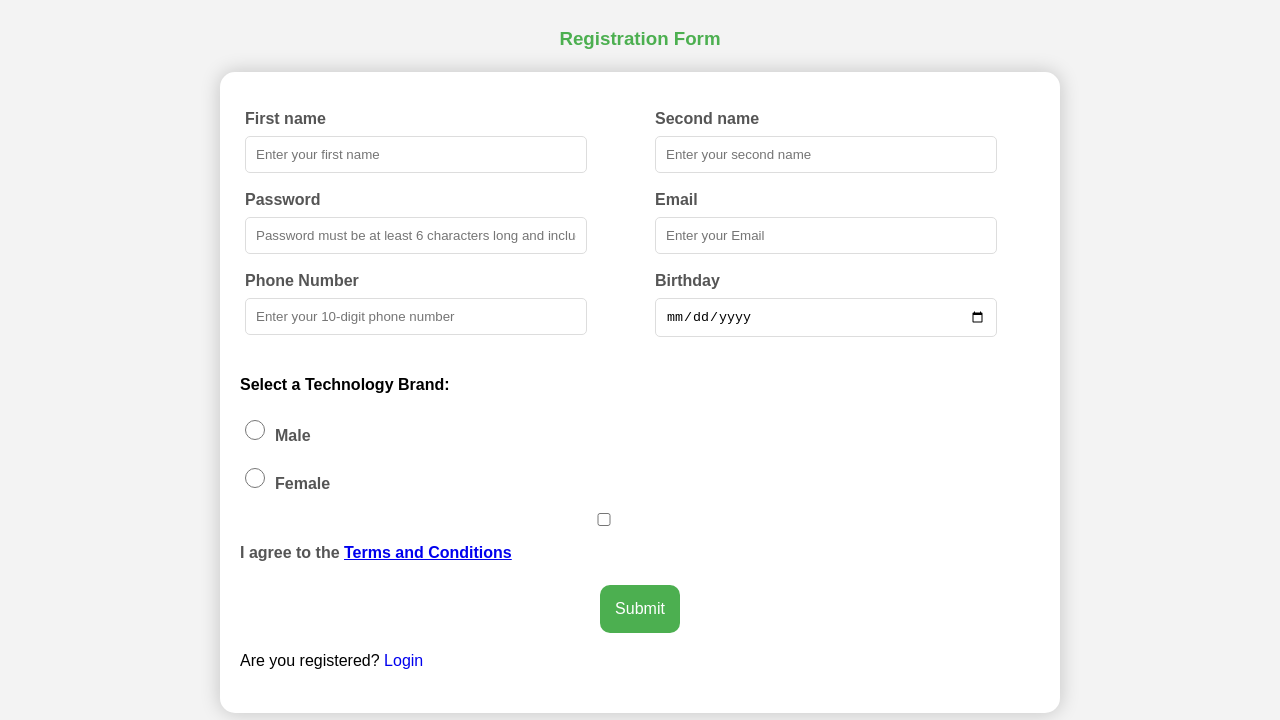
Repository: alizey12/Regestratin-Form-js
Page: regester.html
The author's editor kept a copy of each file at every save. The page is drawn from the files as they stood at one save, then again after the next save.
The browser window is 1280 px wide. The pictures show the whole page.

Above is the page before, as saved 2024-11-29 20:40:57.

After the next save:
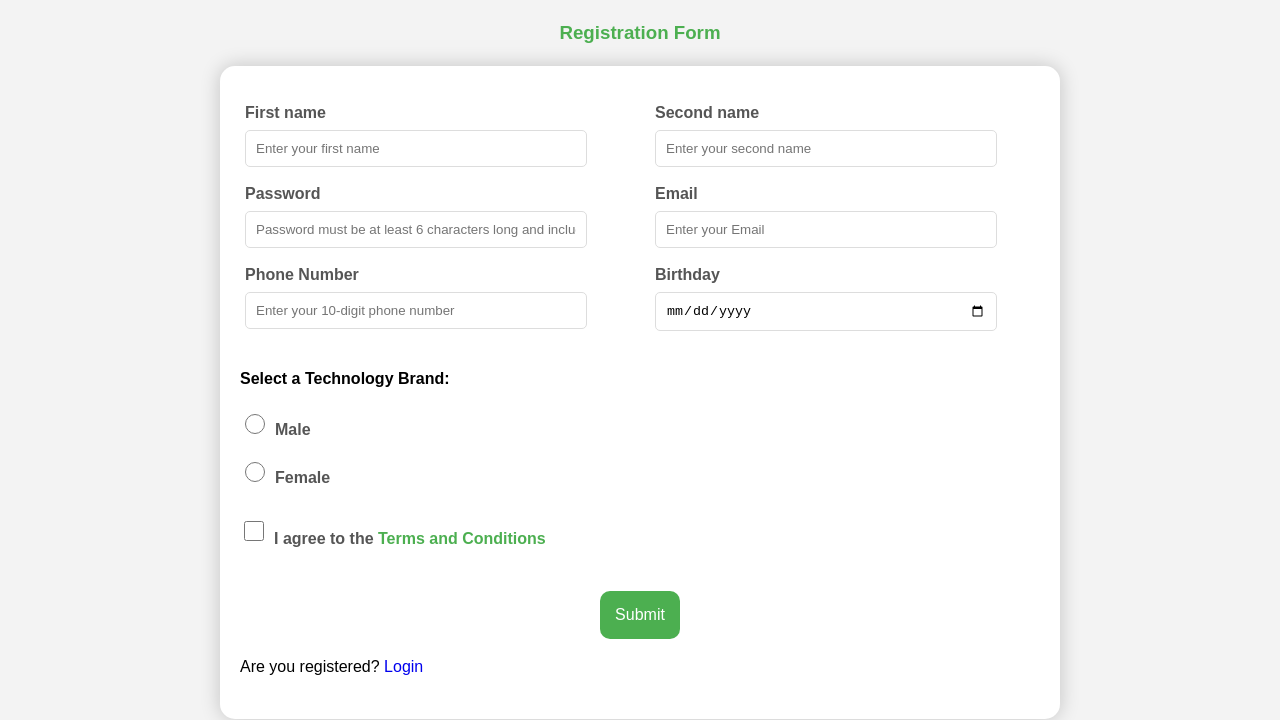
Saved 11 s later.
--- a/regester.css
+++ b/regester.css
@@ -170,3 +170,60 @@ p {
     border-width: 0 3px 3px 0;
     transform: rotate(45deg);
 }
+
+
+/* Styling the entire agree term section */
+.agree-term {
+    display: flex;
+    align-items: center; /* Aligns the checkbox and label horizontally */
+    margin-top: 20px; /* Space above the agreement section */
+    font-size: 16px;
+    color: #555;
+}
+
+/* Styling the checkbox */
+.agree-term input[type="checkbox"] {
+    width: 20px;  /* Set checkbox size */
+    height: 20px; /* Set checkbox height */
+    margin-right: 10px; /* Space between checkbox and label */
+    accent-color: #4CAF50; /* Change checkbox color to green */
+}
+
+/* Styling the label */
+.agree-term label {
+    font-size: 16px; /* Consistent font size */
+    color: #555; /* Text color */
+}
+
+/* Styling the hyperlink inside the label */
+.agree-term label a {
+    text-decoration: none; /* Remove underline from the link */
+    color: #4CAF50; /* Green color for the link */
+}
+
+.agree-term label a:hover {
+    text-decoration: underline; /* Underline the link when hovered */
+    color: #45a049; /* Slightly darker green */
+}
+
+/* Styling the submit button */
+.wrap {
+    display: flex;
+    justify-content: center;
+    margin-top: 20px;
+}
+
+.wrap button {
+    padding: 15px;
+    border-radius: 10px;
+    border: none;
+    background-color: #4CAF50; /* Green background */
+    color: white;
+    font-size: 16px;
+    cursor: pointer;
+    transition: background-color 0.3s ease;
+}
+
+.wrap button:hover {
+    background-color: #45a049; /* Darker green when hovered */
+}
